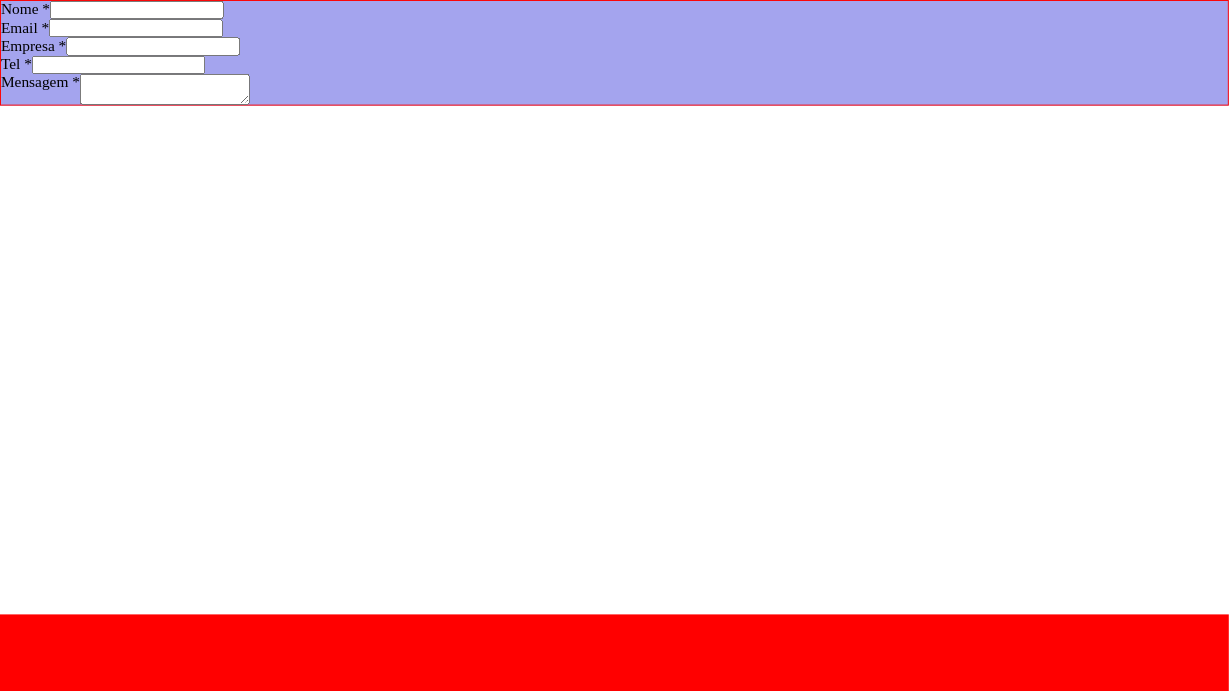
Repository: ecrseer/contatenos-html-js
Page: contatenos.html
The author's editor kept a copy of each file at every save. The page is drawn from the files as they stood at one save, then again after the next save.
The browser window is 1280 px wide. The pictures show the whole page, at 96% of full size.

Above is the page before, as saved 2021-12-27 14:52:25.

After the next save:
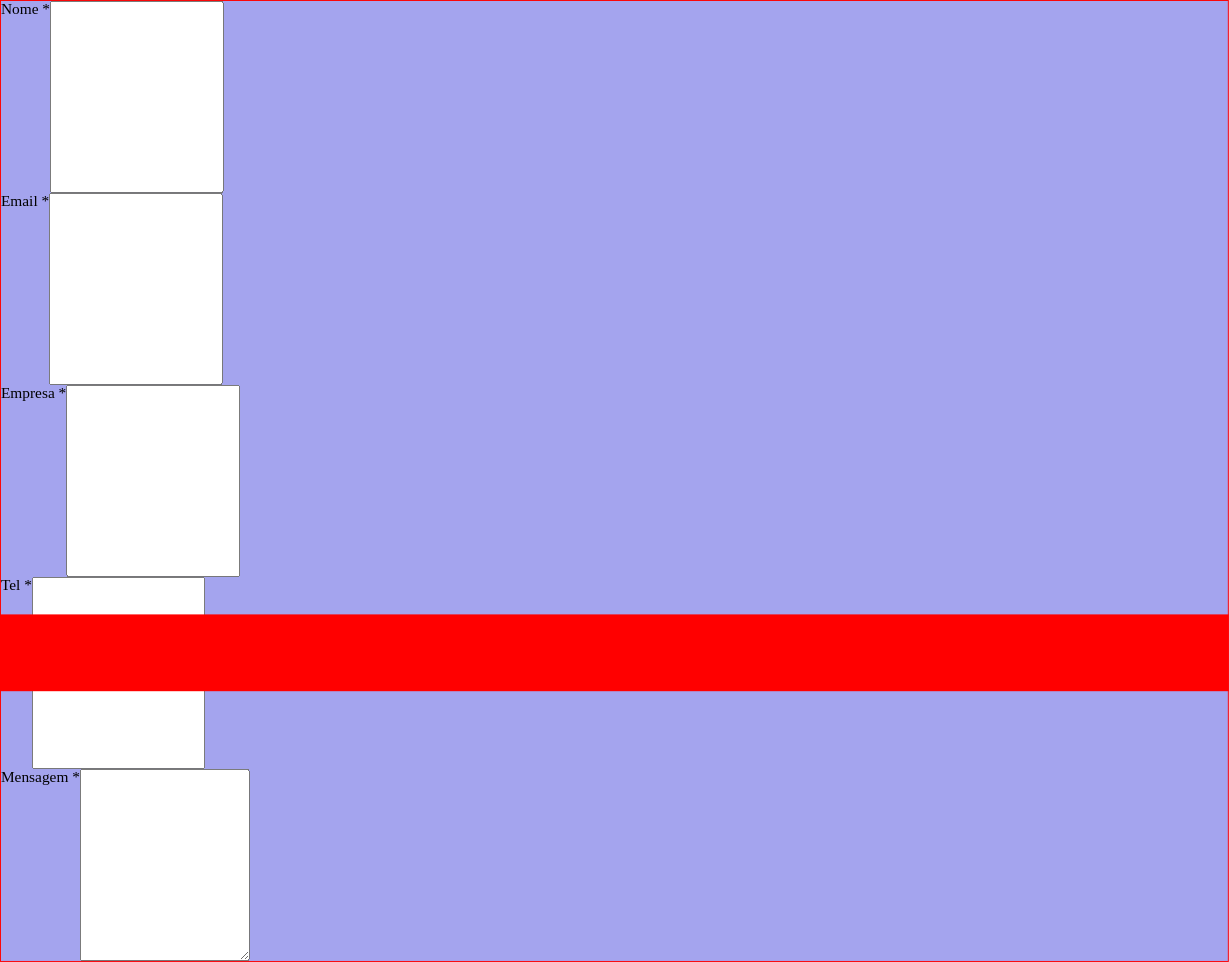
Saved 5 s later.
--- a/contatenos.css
+++ b/contatenos.css
@@ -11,7 +11,7 @@
     display: flex;
     flex-grow: 1;
     flex-shrink: 1;
-    flex
+    flex-basis: 200px;
 }
 .bottomnav{
     background: red;

After the save that followed:
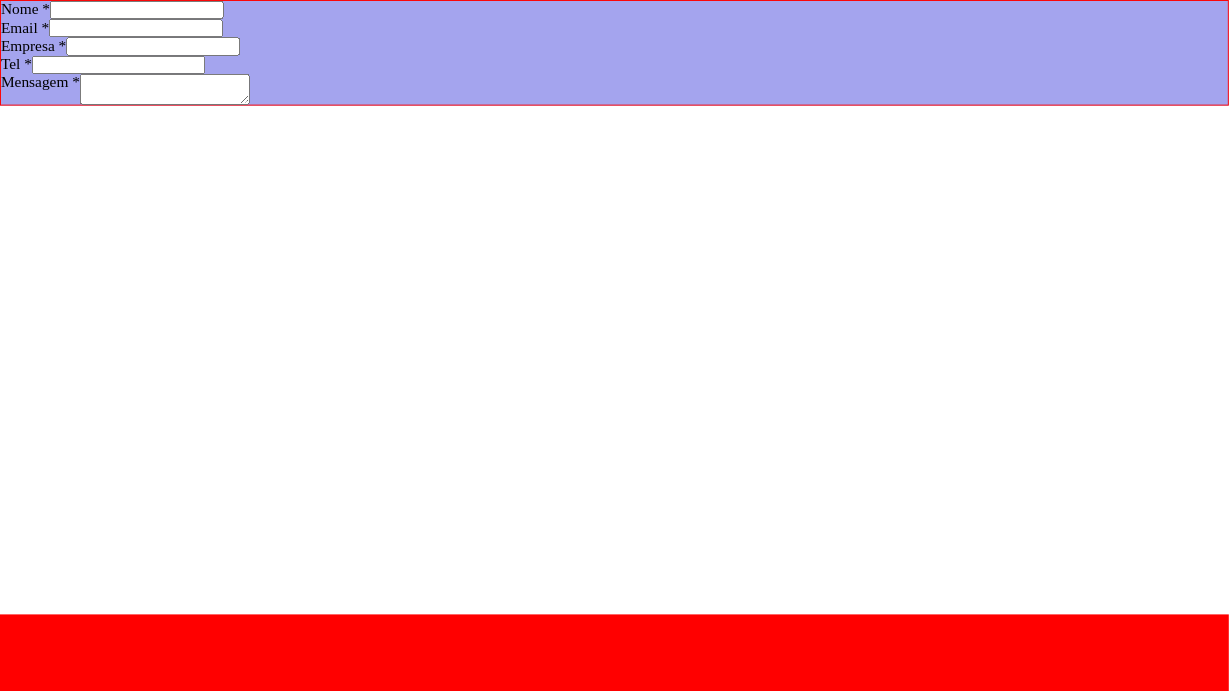
Saved 36 s later.
--- a/contatenos.css
+++ b/contatenos.css
@@ -9,9 +9,6 @@
 }
 .inputdiv{
     display: flex;
-    flex-grow: 1;
-    flex-shrink: 1;
-    flex-basis: 200px;
 }
 .bottomnav{
     background: red;
